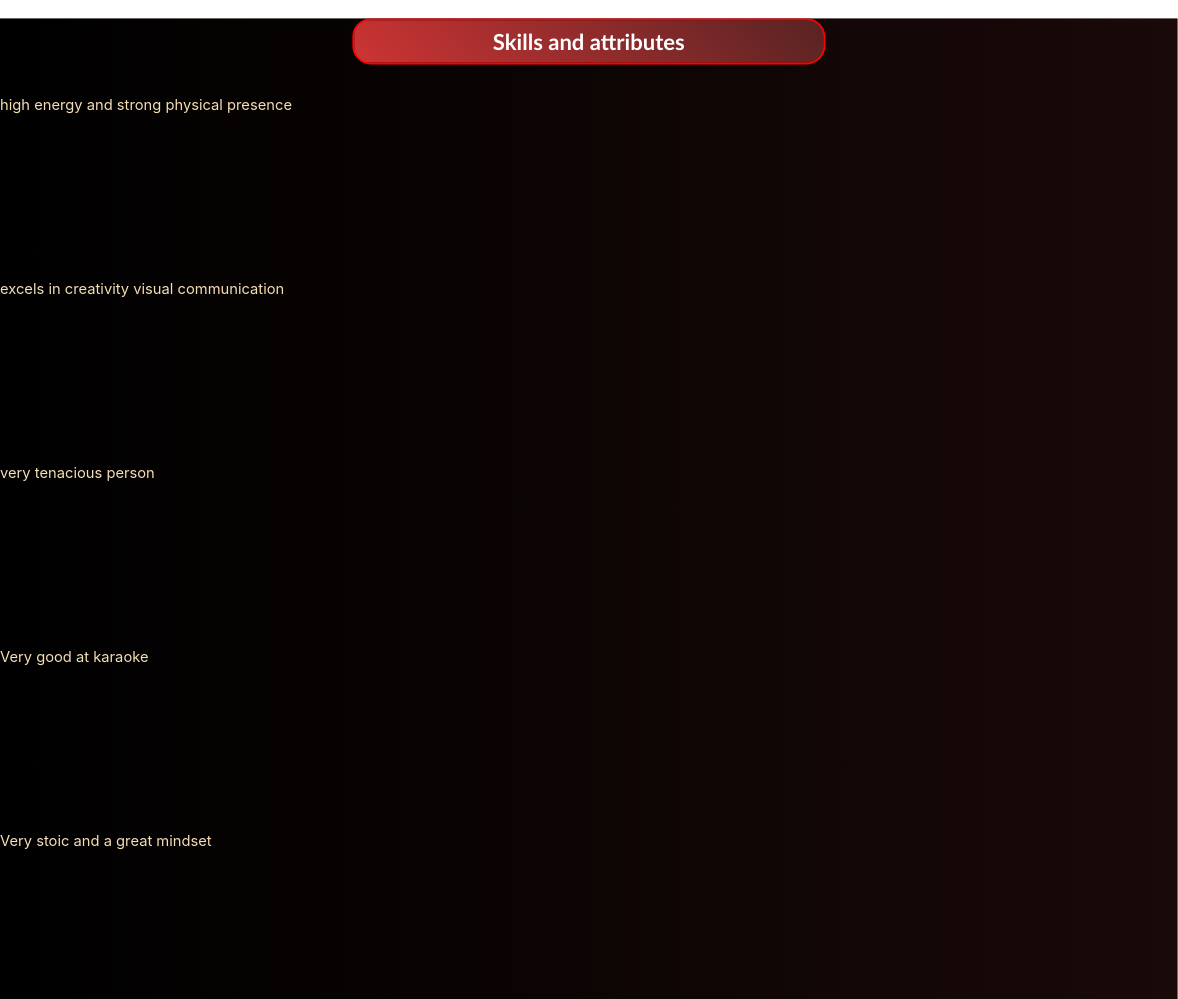
Repository: TMuse333/resume1
Page: /
These files come from the project's save history. The page is drawn as it stood at one moment and after a run of saves; the edit follows.
The browser window is 1280 px wide. The pictures show the whole page, at 92% of full size.
The project was rebuilt for these pictures with package versions that can differ from the ones it lists, and the page was loaded fresh each time. Also part of the build but not shown: vite.config.js, src/components/navbar.jsx, src/components/about.jsx, src/components/contact.jsx, src/components/footer.jsx, src/components/experience.jsx, src/components/carousel.jsx, src/components/experienceCarousel.jsx and 4 more. Imported but missing from the stored project, and not drawn on this page: src/images/best_dunk.mp4.

Above is the page before, as saved 2023-10-18 14:53:47.

### index.html
<!doctype html>
<html lang="en">
  <head>
    <meta charset="UTF-8" />

    <meta name="viewport" content="width=device-width, initial-scale=1.0" />
    <title>Thomas Musial Resume 1</title>
  </head>
  <body>
    <div id="root"></div>
    <script type="module" src="/src/main.jsx"></script>
  </body>
</html>

### src/main.jsx
import './index.css'
import * as React from 'react';
import { StrictMode } from 'react';
import { createRoot } from 'react-dom/client';
import { BrowserRouter } from 'react-router-dom';

import App from './App';

const rootElement = document.getElementById('root');
const root = createRoot(rootElement);

root.render(
  <StrictMode>
    <BrowserRouter>
      <App />
    </BrowserRouter>
  </StrictMode>
);

### src/index.css
:root {
  font-family: Inter, system-ui, Avenir, Helvetica, Arial, sans-serif;
  line-height: 1.5;
  font-weight: 400;

  /* color-scheme: light dark; */
  color: rgba(255, 255, 255, 0.87);
  background-color: #242424;

  font-synthesis: none;
  text-rendering: optimizeLegibility;
  -webkit-font-smoothing: antialiased;
  -moz-osx-font-smoothing: grayscale;
  -webkit-text-size-adjust: 100%;
}

a {
  font-weight: 500;
/* color:black; */
  text-decoration: inherit;
}
a:hover {

}

body {
  margin: 0;
  display: flex;
  place-items: center;
  min-width: 320px;
  min-height: 100vh;
}

h1 {
  font-size: 3.2em;
  line-height: 1.1;
}

button {
  border-radius: 8px;
  border: 1px solid transparent;
  padding: 0.6em 1.2em;
  font-size: 1em;
  font-weight: 500;
  font-family: inherit;

  cursor: pointer;
  transition: border-color 0.25s;
}
button:hover {

}
button:focus,
button:focus-visible {

}

@media (prefers-color-scheme: light) {
  :root {
    /* color: #213547; */
    background-color: #ffffff;
  }
  a:hover {

  }
  button {
    background-color: #f9f9f9;
  }
}

### src/App.jsx
import { useState } from 'react'
import './App.css'
import {
  BrowserRouter as Router,

  Route, Routes

} from "react-router-dom";




import MainLayout from './components/MainLayout';

import { SkillProvider } from './context/context'
import FAQ from './components/FAQ';
import Progress from './components/progress';


function App() {
  return (
    <>

    <SkillProvider>
   <Routes>

      <Route path='/' element={<MainLayout/>}/>
     <Route path="/FAQ" element={<FAQ/>}/>
     <Route path="/progress" element={<Progress/>}/>
      </Routes>
      </SkillProvider>


   </>
  );
}

export default App;

### src/App.css


:root {
  --primary-color: #000000; /* Dark blue */
  --secondary-color: #1a0909; /* Medium blue */
  --background-color: #180c0c; /* Darker blue for background */
  --color-3:#cd3434;
  --color-4:#582323;
  --text-color: rgb(1, 0, 0); /* White text */
  --accent-color: #828282; /* Lighter blue as an accent color */
}

.body,
html {
  color: var(--text-color);
}


.header-container{
 display: flex;
 justify-content: space-between;
 align-items: center;
 width: 8vw;

 top: 0px;
 background: blue;
 height: 5px;
 z-index: 10000;


}

.logo{
  margin-top: 5px;
  margin-left: 20px;
}

.profile-picture-container{
  width: 100vw;
  background: linear-gradient( var(--primary-color), var(--secondary-color));
  display: flex;
  align-items: center;
  justify-content: center;
  height: 20rem;
}

.profile-picture{
  object-fit: contain;
height:100%;


}

.nav-list{
  color:white;
  list-style: none;
padding: 0;
  padding-bottom: 10px; /* Remove any default padding */
  margin: 0;
  transform: translate(15px,60px);
  width: 55%;
  background: linear-gradient(var(--primary-color),var(--secondary-color));




}

.list-container {
  position: relative;
  display: flex;
  flex-direction: column;
  align-items: center; /* Vertically center-align the items */
  text-align: center;
  ; /* Horizontally center-align the text within li elements */
}

.nav-button{
  margin-right: 20px;
  transform: translate(1rem,3.5rem);
  background-color: transparent;
  color:white;
}

.header-container button{

}



.about-container {
  margin-top: 30px;
  display: flex;
  justify-content: center;
  align-items: center;
  flex-direction: column;
 width: 100vw;
  margin-bottom: -2rem;
 background: linear-gradient(45deg, var(--primary-color), var(--secondary-color));
}



.about {
  text-align: center;
}

.about h1{

  text-shadow: 2px 2px 10px rgb(77, 77, 77)
}

.title{
  margin-top: -15px;
  display: flex;

  flex-direction: column;
  text-align: center;
  justify-content: center;
  align-items: center;
  /* background: linear-gradient(to right, rgb(104, 73, 11), #FFA500); */


  padding-left: 10px;
  padding-right: 10px;


  margin-bottom: 10px;

}



.title h2{

  margin-top:-30px;
  text-align: center;
  flex-direction: column;
  text-shadow: 2px 2px 10px rgb(77, 77, 77)



}



.about p {
  padding:15px;
  font-size: 16px;
  font-weight: bold;
  color: white;
  background-color: var(--background-color);
  max-width: 1000px; /* Set the text color for the paragraph */
}

.image-gallery{
  display: flex;
  position: relative;
  justify-content: center; /* Horizontally center-align its children */
  align-items: center;

}

.image-container{
  display: flex;
  flex-direction: column;
  align-items: center;
  justify-content: center;
  background-color: #1f140f;


}





.image-gallery button{
  background-color: transparent;
  height: 20px;


}

.skills-section {

  background: linear-gradient(to right, var(--primary-color), var(--secondary-color));
  width: 100vw;

}

.section-title {

  font-size: 1.5rem;
  margin-bottom: 1rem;
  align-items: center;
  justify-content: center;
  text-align: center;
  border: 2px solid red;
  width:300px;
  margin-left: auto;
  margin-right: auto;
}




.attribute-container p{
  color:wheat;


}










.description-content button {
  margin-top: 10px;
  background-color: rgb(66, 55, 55);
  width:100px;

}





.section-title{
  background: linear-gradient(45deg, var(--color-3), var(--color-4));
  color: rgb(255, 255, 255);
  border-radius: 20px;
  padding:5px;
  font-family: 'Trebuchet MS', 'Lucida Sans Unicode', 'Lucida Grande', 'Lucida Sans', Arial, sans-serif;
}

.title h1 {
  font-family: 'Helvetica Neue', Helvetica, Arial, sans-serif; /* Use a dominant font family */
  font-weight: bold; /* Apply a bold weight */

  letter-spacing: 0px; /* Adjust letter spacing for clarity */
  text-transform: uppercase; /* Optionally, transform text to uppercase */
  color: rgb(209, 89, 89);
  text-shadow: 2px 2px 10px rgb(104, 92, 71);
}

.title p{
  font-family: 'Times New Roman', serif; /* Choose a serif font for an intellectual touch */
  font-weight: normal; /* Adjust font weight as needed */
   /* Set an appropriate font size */
  letter-spacing: 0.5px; /* Adjust letter spacing for clarity */
  color: #1f140f;
  white-space: nowrap;
  text-align: center;
}




.card-container{
  position: relative;
  display: flex;
  flex-direction: column;
  align-items: center; /* Center horizontally */
  justify-content: center; /* Center vertically */
  text-align: center;

  z-index: 0;

}

.experience-image{

  width: 200px;
}

.card-container h2{
  font-weight: bold;
  color: rgba(235, 231, 13);
  text-shadow: 2px 2px 4px rgba(63, 62, 3, 0.87);
}

.card-container p{
  margin-top: 10px;
  color: #fff;
  font-weight: bold;
  font-family: 'Montserrat', sans-serif;
  width:60%

}

.exp-carousel{
  background: linear-gradient(to right, var(--primary-color), var(--secondary-color));
  display: flex;
  width: 100vw;
}

.exp-carousel button{
  height:40px;

  margin-top: auto;
  margin-bottom: auto;

}



.carousel-container{
  margin-top: 50px;
  height: max-content;
  display: flex;

  justify-content: center;
  align-items: center;

}

.carousel2{
  margin-top: -50px;
  background: linear-gradient( var(--primary-color), var(--secondary-color));
  width: 100vw;
  text-align: center;
}

.carousel h1{
  padding-top: 10px;
margin-top: 0rem;
text-align: center;
color:white;
text-shadow: 2px 2px 10px rgb(77, 77, 77)

}


.carousel-container button:first-child{
  position: absolute;
  left:5%;
  z-index: 10;

}

.carousel-container button:last-child{
  position: absolute;
  right:5%;
  z-index: 10;

}







.images-container{
  display: flex;
  overflow: auto;
  white-space: nowrap;
  max-width: 100vw;
  gap:40px;
}


.contact-container{
  background: linear-gradient(to right, var(--primary-color), var(--secondary-color));
  margin-top:0rem;
  display: flex;
  flex-direction: column;
  align-items: center;
  width:100vw;


}

.contact-container h1{
  text-shadow: 2px 2px 10px rgb(77, 77, 77)
}

.contact-container p{
  padding-left: 25px;
  padding-right: 25px;
  color: #555;
  font-weight: bold;
}

.contact-container button{
  margin-top: 30px;
  margin-bottom: 30px;
  color:black;
}

.contact-container a{
  color:black;
}

.contact{
   background: var(--background-color);
  margin-bottom: 30px;
}

.contact p{
  background-color: var(--background-color);
  color:white;
  padding-top: 10px;
  padding-bottom: 10px;
}

.social-media{
  display: grid;
  grid-template-columns: repeat(auto-fill, minmax(300px, 1fr)); /* Change 300px to your desired minimum column width */
  gap: 20px;
  width: 100vw;
  background-color: rgb(234, 143, 74);

}

.instagram{
  display: flex;
  flex-direction: column;
  margin-bottom: 20px;
  align-items: center;



}

.instagram img{
  height:30rem;
}

.instagram a{
  margin-top: 10px;
  color: #1f140f;
  font-size: large;
  background-color: #cd4c2f;

  text-align: center;

  padding-left: 30px;
  padding-right: 30px;

}

.youtube{
  align-items: center;
  justify-content: center;
  display: flex;
  flex-direction: column;

}

.youtube a{
  margin-top: -25px;
  margin-bottom: 100px;
  color: #1f140f;
  background-color: #cd4c2f;
  padding-left: 30px;
  padding-right: 30px;
}

.footer-container{
  font-weight: bold;
 color:red;
  align-items: center;
  justify-content: center;
  display: flex;
  flex-direction: column;
  margin-left: auto;
  margin-right: auto;
  background: rgb(22, 18, 18);
  width:100vw;
}

.footer-list{


align-items: center;
gap: 20px;
display: flex;


}

.footer-list p{

}

.copyright{
  color:white;
}

.footer-list a{
  height: min-content;
  padding-top: 10px;
  font-weight: bold;
  color:white;
}






.faq-container{
  position: absolute;
  top:0;
 height:100vh;
 width:100vw;
  background: linear-gradient(to right, #F4A460, #FF8C00);

}

.faq-text {
margin-left: 25px;
}

.faq-container h1{
  margin-top: 75px;
}

.faq-footer{
  position: absolute;
  bottom:0;
  width: 100vw;
}

.link-container{
width: 100vw;
margin-top: 50px;
text-align: center;

}

.progress-container{
  display: flex;
width: 100vw;

flex-direction: column;
  justify-content: center;



}

.progress-images {
  margin-top:1rem;
  width:100vw;
  display: grid;
  justify-content: center;

   /* grid-template-columns: repeat(1, 1fr);
  grid-template-rows: repeat(8, 1fr);
  gap: 10px;  */


}


.progress-images img{
  margin-top:3rem;
}

.progress-description{
  width:100vw;

  text-align: center;
}



@media screen and (min-width: 415px) {
  .skills-container{
    /* grid-template-columns: 200px 200px ; */
  }

}




@media screen and (min-width: 760px)
 and (min-height: 415px)
 {

.footer-container{
  width:100vw;

}

.section-title{
  width:50px;
}

.about-container{
  width:100vw;
  margin-left: auto;
  margin-right: auto;
}
.header-container{
  width:100vw;
  color:yellow;

}

.nav-list{
  width:10vw;
  color:red;


}

  .list-container{

  }

  .social-media{
    grid-template-columns: repeat(2,1fr);
  }

  .profile-picture-container{
   width:100vw;
    height: 680px;

  }

  .footer-container{
    width:100vw;
  }

  .nav-list{
    display: flex;
    align-items: center;
    justify-content: space-between;
    /* padding-left: 20px;
    padding-right: 20px; */
    width: 100vw;
  }

  .nav-button{
    display: none;
  }

  .header-container{
    display: flex;
    justify-content: space-between;
    align-items: center;
    width: 100vw;
    position: fixed;
    top: 0px;

    height: 50px;
   }

   .list-container {
    position: absolute;
    display: flex;
    flex-direction: row;
    justify-content: space-between;
    left: 50%; /* Set the left position to the center of the parent container */
    transform: translateX(-50%);
    width: 75vw;
    margin-bottom:100px;
  }

  .title{
    margin-top: 10px;
  }

  .skills-container{
    width:100vw;
    display: grid;
    /* grid-template-columns: 200px 200px 200px 200px; */
  }

  .skills-section{
    width:100vw;

  }

  .section-title{
    width:500px;
    justify-content: center;
    margin-left: auto;
    margin-right: auto;
  }

  .experience-image{
max-width: 500px;
  }

  .progress-images{
    margin-top: 0;
     grid-template-columns: repeat(2, 450px);
  grid-template-rows: repeat(8, 0fr);

  }

  .progress-images img{
    margin-top: 2rem;

  }

  .card-container{
    /* width:100vw; */
  }


}

### src/components/MainLayout.jsx
import React from 'react';
import Navbar from './navbar';
import About from './about';
import Skills from './skills';

import ContactForm from './contact';
import Footer from './footer';
import Carousel from './carousel';



import ExperienceCarousel from './experienceCarousel';
import BulletPointList from './bulletPointList';

 // Replace with the actual path to your Navbar component

function MainLayout({ children }) {
  return (
   <>
   {/* <Navbar/> */}
   {/* <About/> */}
   <Skills/>
   {/* <BulletPointList/> */}
  {/* <Carousel/> */}
    {/* <ExperienceCarousel/> */}
    {/* <ContactForm/> */}
    {/* <Footer/> */}
    </>


  );
}

export default MainLayout;

### src/context/context.jsx
// SkillContext.js

import React, { createContext, useContext, useState } from 'react';

// Create the SkillContext
const SkillContext = createContext();

// Create a custom hook for accessing the SkillContext
export function useSkillContext() {
  return useContext(SkillContext);
}

// Create the SkillProvider component
export function SkillProvider({ children }) {
  const [selectedSkillIndex, setSelectedSkillIndex] = useState(null);

  return (
    <SkillContext.Provider value={{ selectedSkillIndex, setSelectedSkillIndex }}>
      {children}
    </SkillContext.Provider>
  );
}

### src/components/skills.jsx
import React, { useEffect, useState } from 'react';
import { motion } from 'framer-motion';
import { attributes } from './skillDesc';

import { services } from './skillDesc';
import { useSkillContext } from '../context/context';

const Skills = () => {
  const [skillsInView, setSkillsInView] = useState(Array(services.length).fill(false));
  const { selectedSkillIndex, setSelectedSkillIndex } = useSkillContext();
  const [isHovered, setIsHovered] = useState(-1)
  const [isSkillDescriptionVisible, setIsSkillDescriptionVisible] = useState(Array(services.length).fill(false));


  const handleSkillClick = (index) => {
    setSelectedSkillIndex(index);
    console.log(selectedSkillIndex)

    setIsSkillDescriptionVisible((prev) => {
      const newIsSkillDescriptionVisible = [...prev];
      newIsSkillDescriptionVisible[index] = !prev[index];

      return newIsSkillDescriptionVisible;
    });
  };



  const handleHover = () => {
        setIsHovered(index)
  }


  const style = (index) =>( {

    height: selectedSkillIndex === index  && isSkillDescriptionVisible[index]? '375px' : '200px',
    transition: 'height 0.3s ease-in-out',
  })





  const staggerVariants = {
    visible: (index) => ({
      opacity: 1,
      x: 0,
       // Always start from the center
      transition: {
        duration:  + 0.5,
      },
    }),
    hidden: (index) => ({
      opacity: 0,
      x: -100, // Alternate between left and right
    }),
  };

  const skillStyles = (index) => ({
    // boxShadow: isHovered === index ? '0 0 100px rgba(10, 128, 0, 1)' : null,
    backgroundColor: isHovered === index ? 'rgba(305, 100, 100, 1)' : 'transparent',

    transform: isHovered === index ? 'scale(1.2)' : 'scale(1)',
    padding: '10px',
    borderRadius: '30px'

});

  useEffect(() => {
    const handleScroll = () => {
      services.forEach((skill, index) => {
        const skillsSection = document.getElementById(`skill-${index}`);
        if (skillsSection) {
          const { top} = skillsSection.getBoundingClientRect();


          const threshold = 100

          // Check if the skills section is in the viewport with the calculated threshold
          const isInView = top < window.innerHeight - threshold  ;
      //    console.log(`Skill ${index} - top: ${top}, window.innerHeight - threshold: ${window.innerHeight - threshold}, isInView: ${isInView}`);
          // Update the skillsInView array with the new in-view state
          setSkillsInView((prevSkillsInView) => {
            const newSkillsInView = [...prevSkillsInView];
            newSkillsInView[index] = isInView || prevSkillsInView[index]; // Update the state to true if already in view
            return newSkillsInView;
          });
        }
      });
    };

    // Add an event listener for scroll
    window.addEventListener('scroll', handleScroll);

    // Clean up the event listener when the component unmounts
    return () => {
      window.removeEventListener('scroll', handleScroll);
    };
  }, []);




  return (
    <section id="skills" className="skills-section">
      <h2 className="section-title">Skills and attributes</h2>
      <div className="skills-container ">
        {attributes.map((skill, index) => (
          <motion.div
            key={index}
            id={`skill-${index}`} // Unique ID for each skill
            className="attribute-container"
            // variants={staggerVariants}
            // initial="hidden"
          //  animate={skillsInView[index] ? 'visible' : 'hidden'}
            custom={index}
            style={style(index)}


          >

            <p>{skill.name}</p>
            <p></p>


                {/* <div className='skill-description'>
                {skill.description}

                </div> */}



              {/* {isSkillDescriptionVisible[index] && selectedSkillIndex === index? skill.description : null} */}


               {/* <button
                onClick={() => handleSkillClick(index)}
                style={skillStyles(index)}
                onMouseEnter={()=>setIsHovered(index)}
                onMouseLeave={()=>setIsHovered(-1)}>
                   {isSkillDescriptionVisible[index] && selectedSkillIndex ===index ? 'close' : 'learn more'}
               </button> */}






          </motion.div>
        ))}
      </div>
    </section>
  );
};

export default Skills;

Loaded but not shown: src/components/skillDesc.js (246 lines, source omitted)

After the next 3 saves:
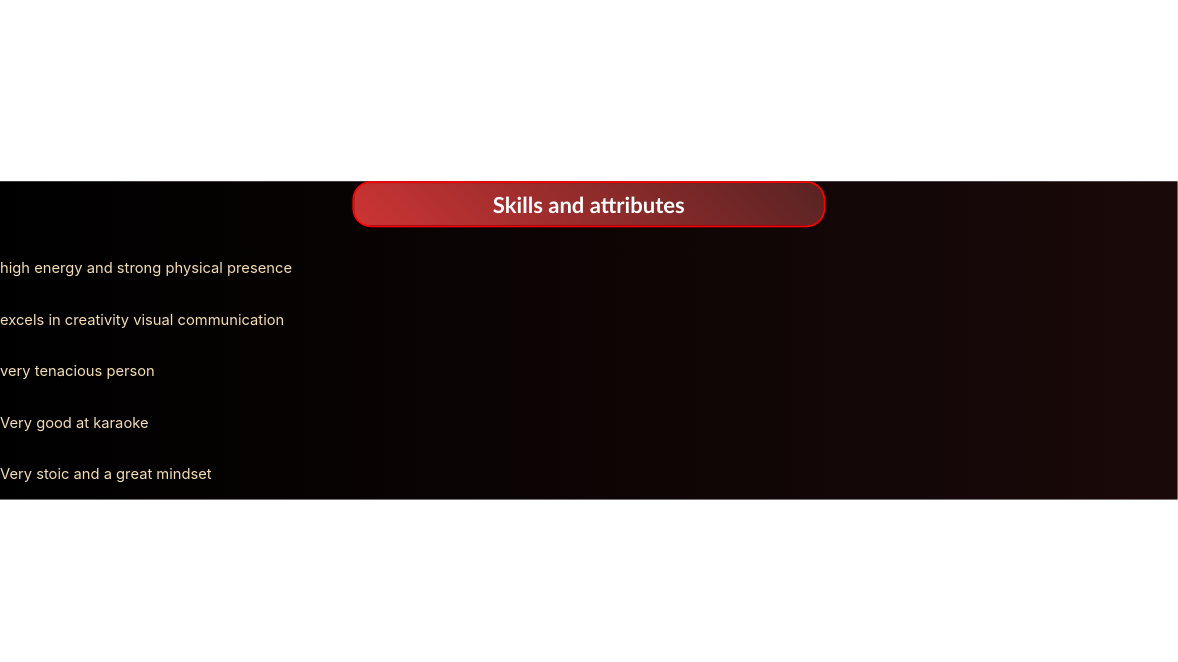
The 3 saves are shown as one change because they came seconds apart.
The last was saved 9 s later.
--- a/src/components/skills.jsx
+++ b/src/components/skills.jsx
@@ -114,7 +114,7 @@ const Skills = () => {
             // initial="hidden"
           //  animate={skillsInView[index] ? 'visible' : 'hidden'}
             custom={index}
-            style={style(index)}
+            // style={style(index)}
 
 
           >
